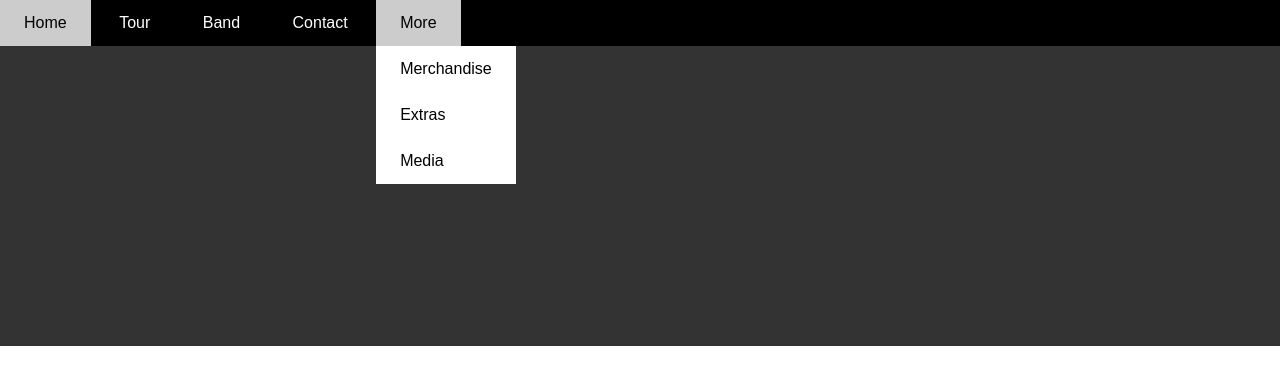
Repository: ducvui2003/LTCB
Page: index.html
These files come from the project's save history. The page is drawn as it stood at one moment and after the next save; the edit follows.
The browser window is 1280 px wide. The pictures show the whole page.
The pointer rests on the first visible `#nav .subnav li`.

Above is the page before, as saved 2022-01-04 11:13:21.

### index.html
<!DOCTYPE html>
<html lang="en">

<head>
    <meta charset="UTF-8">
    <meta http-equiv="X-UA-Compatible" content="IE=edge">
    <meta name="viewport" content="width=device-width, initial-scale=1.0">
    <title>The Band W3_School</title>
    <link rel="stylesheet" href="./assest/Css/styles.css">
</head>

<body>
    <div id="main">
        <div id="header">
            <ul id="nav">
                <li>
                    <a href="">Home</a>
                </li>
                <li>
                    <a href="">Tour</a>
                </li>
                <li>
                    <a href="">Band</a>
                </li>
                <li>
                    <a href="">Contact</a>
                </li>
                <li>
                    <a href="">
                      More
                    </a>
                    <ul class="subnav">
                        <li>
                            <a href="">Merchandise</a>
                        </li>
                        <li>
                            <a href="">Extras</a>
                        </li>
                        <li>
                            <a href="">Media</a>
                        </li>
                    </ul>
                </li>
            </ul>
        </div>
        <div id="slides"></div>
        <div id="content"></div>
        <div id="footer"></div>
    </div>
</body>

</html>

### assest/Css/styles.css
* {
    padding: 0;
    margin: 0;
    box-sizing: border-box;
}

html {
    font-family: Arial, Helvetica, sans-serif;
}

#main {}

#header {
    height: 46px;
    background-color: black;
}

#nav li {
    display: inline-block;
    position: relative;
}

#nav>li>a {
    color: white;
}

#nav li a {
    text-decoration: none;
    line-height: 46px;
    padding: 0 24px;
    display: block;
}

#nav>li:hover>a {
    background-color: #ccc;
    color: black;
}

#nav li:hover a {
    /* line-height: 46px; */
}

#nav .subnav {
    /* display: none; */
    position: absolute;
    top: 46px;
    background-color: #fff;
}

#nav .subnav a {
    color: black;
}

#slides {
    min-height: 300px;
    background-color: #333;
}

#content {}

#footer {}

After the next save:
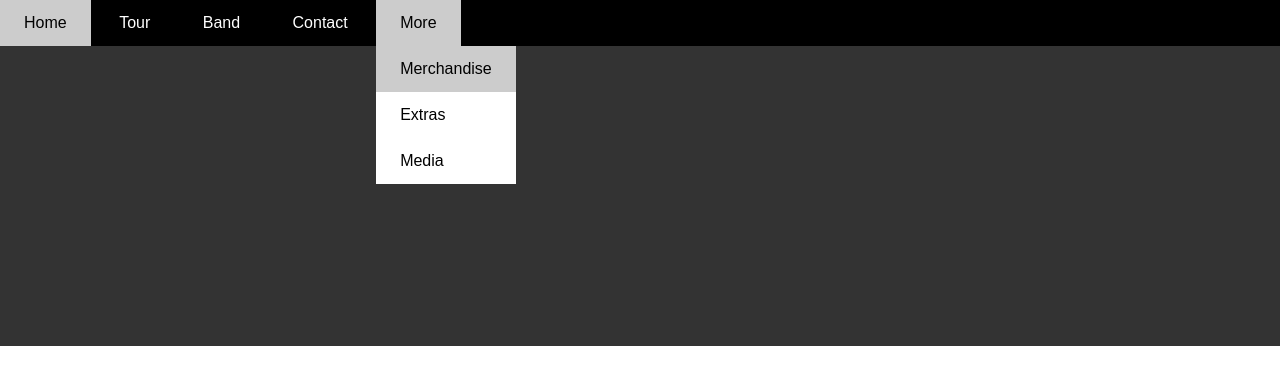
Saved 81 s later.
--- a/assest/Css/styles.css
+++ b/assest/Css/styles.css
@@ -51,6 +51,11 @@
     color: black;
 }
 
+#nav .subnav li:hover {
+    background-color: #ccc;
+    color: black;
+}
+
 #slides {
     min-height: 300px;
     background-color: #333;
